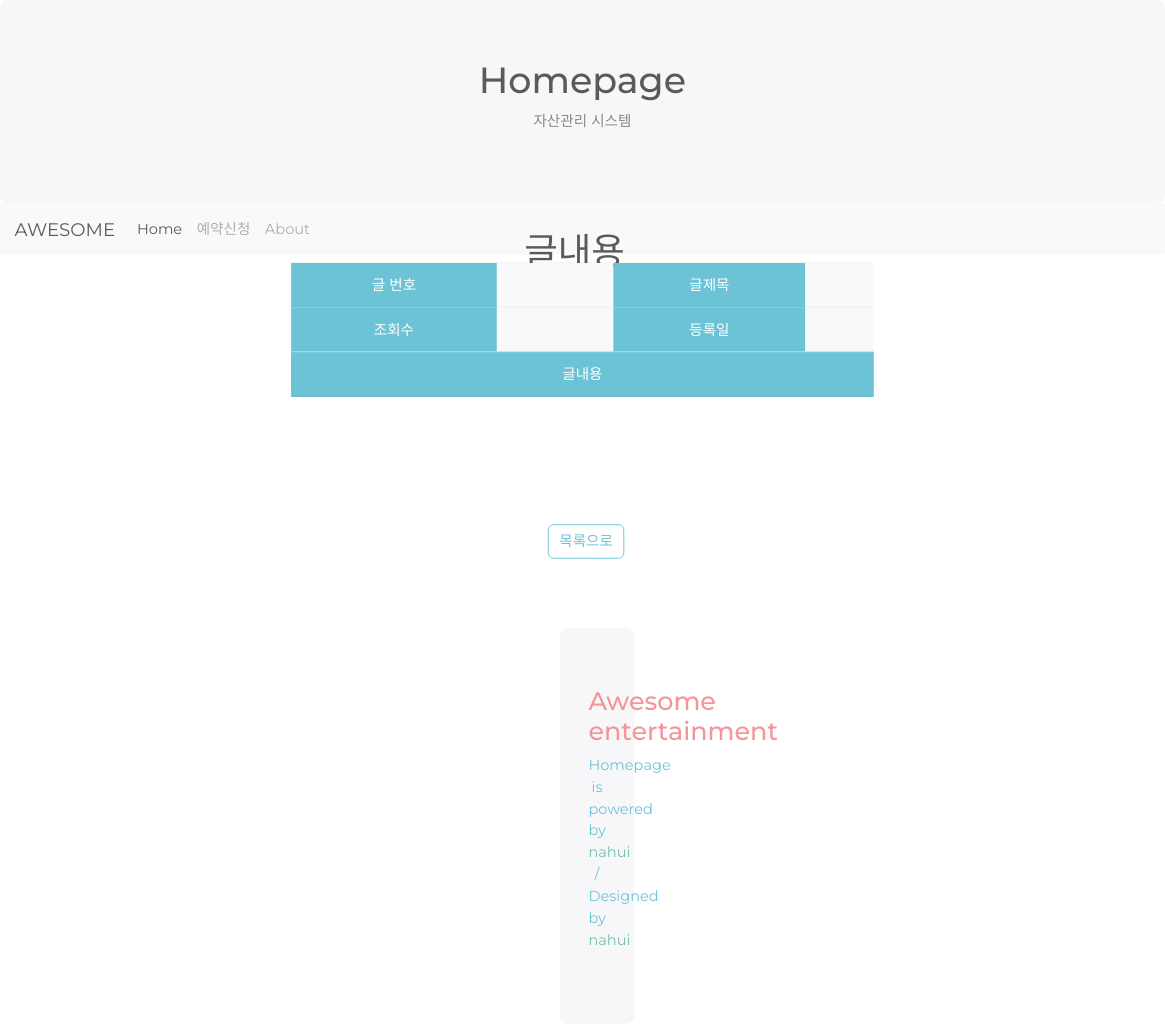
Repository: Nahui068/project1
Page: http://localhost/project1/WEB-INF/views/content.jsp
These files come from the project's save history. The page is drawn as it stood at one moment and after the next save; the edit follows.
The browser window is 1280 px wide. The pictures show the whole page, at 91% of full size.
The page is served by Tomcat 9. Nobody is signed in. The template is opened directly, without the code that normally fills it, so the values that code supplies are empty.

Above is the page before, as saved 2021-01-07 02:45:20.

After the next save:
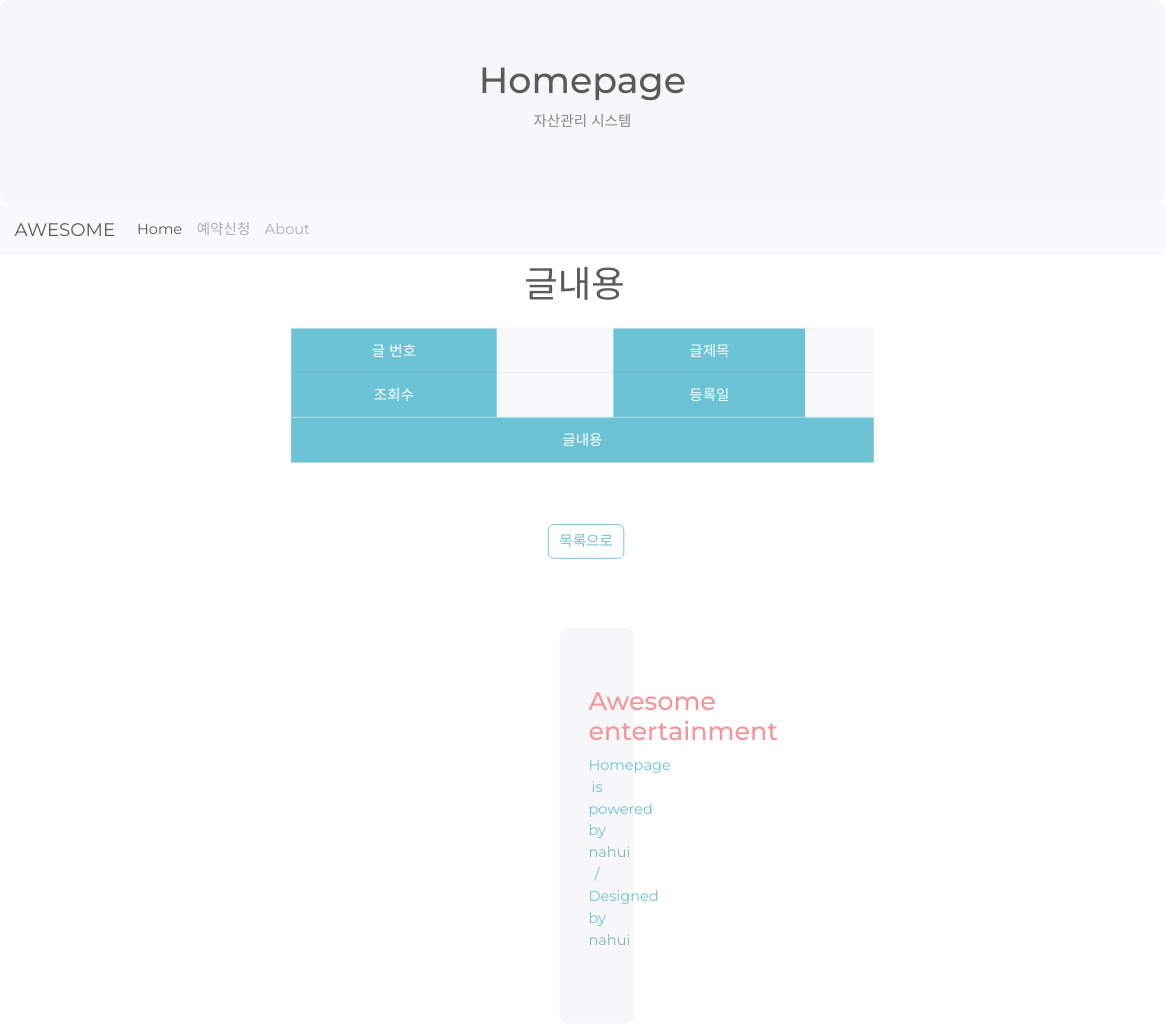
Saved 16 s later.
--- a/project1/src/main/webapp/WEB-INF/views/content.jsp
+++ b/project1/src/main/webapp/WEB-INF/views/content.jsp
@@ -13,8 +13,8 @@
 
 
 <body>
-	<h1 style="position:absolute; top:35%; left:45%;">글내용</h1>
-	<table class="table table-hover" style="text-align:center; position:absolute; top:40%; left:25%; width:50%;">
+	<h1 style="position:absolute; top:40%; left:45%;">글내용</h1>
+	<table class="table table-hover" style="text-align:center; position:absolute; top:50%; left:25%; width:50%;">
 		<tr>
 			<td class="table-info">글 번호</td><td class="table-light" style="width:20%;">${content.num}</td>
 			<td class="table-info">글제목</td><td class="table-light">${content.title}</td>
